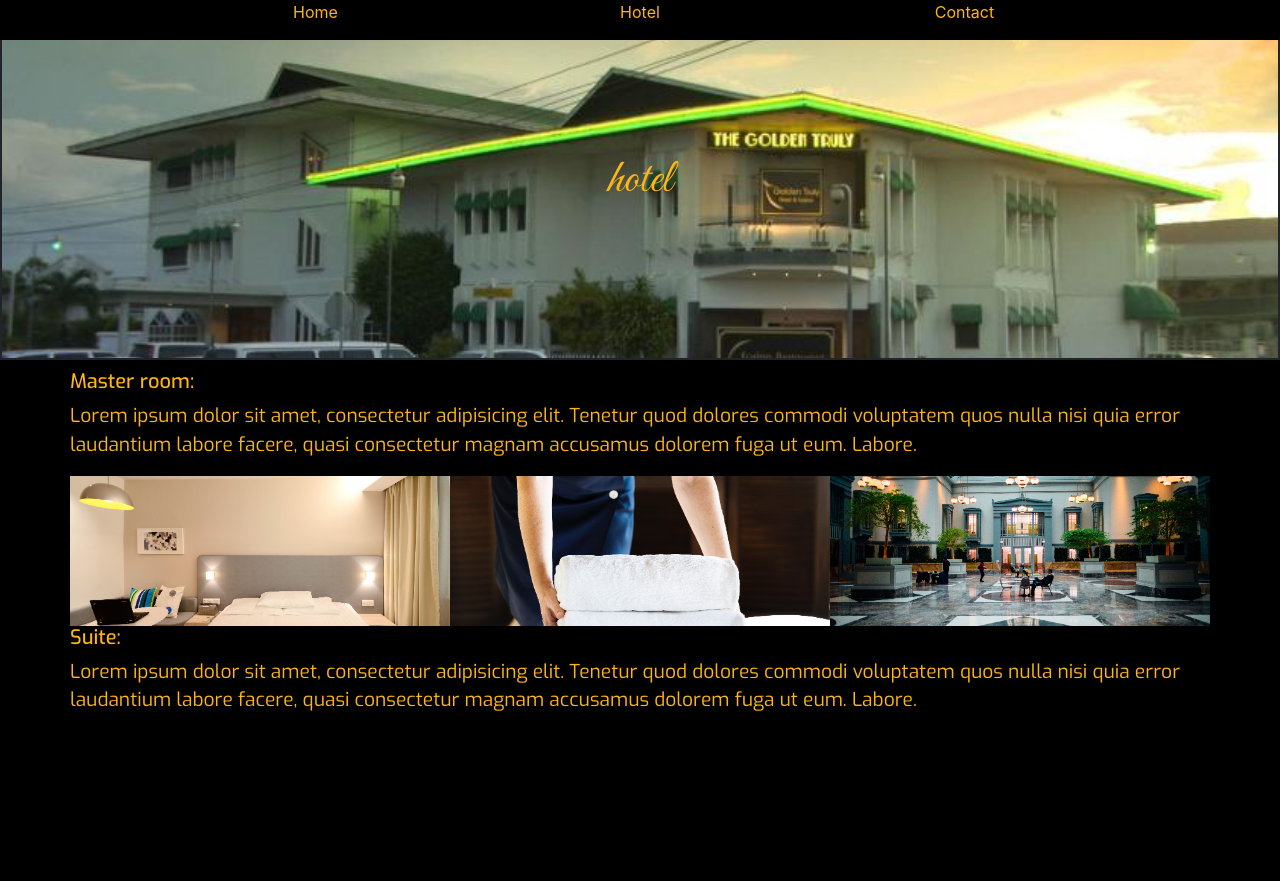
Repository: Code-Institute-Submissions/anthonycaf-Milestone1
Page: hotel.html
The author's editor kept a record of every edit. The page is drawn from the files as they stood at one moment, then again after the next edit.
The browser window is 1280 px wide. The pictures show the part of the page from y = 0 to 881 px (the page is 1482 px tall).
Pictures or frames that could not be fetched are drawn as grey boxes.

Above is the page before.

### hotel.html
<!DOCTYPE html>
<html lang="en">
<head>
    <meta charset="UTF-8">
    <meta name="viewport" content="width=device-width, initial-scale=1.0">
    <meta http-equiv="X-UA-Compatible" content="ie=edge">
    <!--             links/bootstrap/fontawsome    -->
    <link rel="stylesheet" href="https://stackpath.bootstrapcdn.com/font-awesome/4.7.0/css/font-awesome.min.css" type="text/css" />
    <link rel="stylesheet" href="https://stackpath.bootstrapcdn.com/bootstrap/4.3.1/css/bootstrap.min.css" type="text/css" />
    <!--             main/css                      -->
    <link rel="stylesheet" href="./css/style.css" type="text/css" />
    <title>Golden Truly Hotel</title>
</head>
<body>
        <header>
            <nav class="nav-bar">
                <ul class="nav-bar-menu">
                    <li class="nav-bar-item"><a href="index.html">Home</a></li>
                    <li class="nav-bar-item"><a href="hotel.html">Hotel</a></li>
                    <li class="nav-bar-item"><a href="contact.html">Contact</a></li>
                </ul>
            </nav>
             <div class="bg-image-title">
                <a href="index.html" class="img"></a>
                <h1 class="uppercase text-center" id="title">hotel</h1>
            </div>
        </header>
        <main>
       <div class="container">
           <div class="row now gutters">
               <h5 class="uppercase text-center">Master room:</h5>
               <p>Lorem ipsum dolor sit amet, consectetur adipisicing elit.
               Tenetur quod dolores commodi voluptatem quos nulla nisi quia
               error laudantium labore facere, quasi consectetur magnam accusamus
               dolorem fuga ut eum. Labore.</p>
               <div class="master-img1 col-4 bg-img-size">
                <a href="index.html"></a></div>
                <div class="master-img2 col-4 bg-img-size">
                 <a href="hotel.html"></a></div>
                 <div class="master-img3 col-4 bg-img-size">
                  <a href="hotel.html"></a></div>
           </div>
       </div>
        <div class="container">
           <div class="row now gutters">
               <h5 class="uppercase text-center">Suite:</h5>
               <p>Lorem ipsum dolor sit amet, consectetur adipisicing elit.
               Tenetur quod dolores commodi voluptatem quos nulla nisi quia
               error laudantium labore facere, quasi consectetur magnam accusamus
               dolorem fuga ut eum. Labore.</p>
               <div class="suite-img1 col-4 bg-img-size">
                <a href="index.html"></a></div>
                <div class="suite-img2 col-4 bg-img-size">
                 <a href="hotel.html"></a></div>
                 <div class="suite-img3 col-4 bg-img-size">
                  <a href="hotel.html"></a></div>
           </div>
       </div>
       <iframe src="https://www.google.com/maps/embed?pb=!1m18!1m12!1m3!1d132.6126250824891!2d-55.1378490964076!3d5.854878623899481!2m3!1f270!2f39.52737709842546!3f0!3m2!1i1024!2i768!4f35!3m3!1m2!1s0x8d083562dc0f800b%3A0x19fa7578782730f6!2sThe%20Golden%20Truly%20Hotel%20%26%20Casino!5e1!3m2!1sen!2snl!4v1567942632494!5m2!1sen!2snl"
       ></iframe>
       </main>
         <footer class="container-fluid">
    <div id="footer-details" class="row">
     <div class="col-sm-4">
      <h5 class="uppercase general-sub">Opening hours</h5>
      <p class="inline-block">
       Lorem ipsum dolor sit amet, consectetur adipisicing elit. Explicabo, fugiat.
      </p>
     </div>
     <div class="col-sm-4">
       <h5 class="uppercase general-sub"> <a href="assets/cv/sample-cv.pdf" target="_blank" class="cv-pdf">
        <i class="fa fa-map marker alt" aria-hidden="true"></i>
        <span class="sr-only">Map link.</span>
       </a>Location</h5>
       <p class="inline-block">Jozef Israelstraat 43<br>
           PO Box 13575<br>
           Paramaribo, Suriname<br>
              South America<br>
            PHONE (597) 454249<br>
              FAX (597) 457117
 </p>

     </div>
     <div class="col-sm-4">
       <h5 class="uppercase general-sub">Social</h5>
       <ul class="list-inline social-links">
           <li class="list-inline-item">
         <a href="#" target="_blank">
          <i class="fa fa-wifi" aria-hidden="true"></i>
          <span class="sr-only">wifi</span>
         </a>
        </li>
        <li class="list-inline-item">
         <a href="#" target="_blank">
          <i class="fa fa-linkedin" aria-hidden="true"></i>
          <span class="sr-only">Linkedin</span>
         </a>
        </li>

        <li class="list-inline-item">
         <a href="#" target="_blank">
          <i class="fa fa-facebook" aria-hidden="true"></i>
          <span class="sr-only">facebook</span>
         </a>
        </li>

        <li class="list-inline-item">
         <a href="#" target="_blank">
          <i class="fa fa-youtube" aria-hidden="true"></i>
          <span class="sr-only">youtube</span>
         </a>
        </li>
       </ul>
     </div>
    </div>
    </footer>


</body>
</html>

### css/style.css
 /*------------google-fonts----------*/

@import url('https://fonts.googleapis.com/css?family=Exo:100,200,300,400,500,600,700|Great+Vibes&display=swap:100,200,300,400,500,600,700');

body {
margin:0;
padding: 0;
}
 /*------------main----------*/
 main {
     font-family: "Exo",sans-serif;
     font-size: 1.2em;
     width: 100%;
     background-color:
     #000000;
     color: #fdb517;
    padding-top: 10px;

 }

 .bg-image-title {
   background: url("../images/golden-truly-hotel.jpg");
    background-clip: border-box;
    background-position: center;
    background-repeat: no-repeat;
    background-size: cover;
    transition: all .5s ease-in-out;
    -moz-transition: all .5s ease-in-out;
    -webkit-transition: all .5s ease-in-out;
     height: 360px;
     border: 2px solid;

 }
 #title {
  color: #fdb517;
     font-family: "Great Vibes",sans-serif;
     font-size: 3em;
     text-align: center;
     padding-top: 150px;
 }
 #welcome {
   color: #fdb517;
     font-family: "Great Vibes",sans-serif;
     font-size: 2.5em;}
   .section {
    margin: 0 auto;
   }

  /*-----------main nav-bar----------*/
  .nav-bar {
   position: fixed;
   top: 0;
   left: 0;
   right: 0;
   background-color: #000000;
  }
  .nav-bar-menu {
   width: 100%;
   list-style: none;
   text-align: center;
 padding: 0;

  }
  .nav-bar-item a {
   font-size: 1em;
   text-align: center;
   color: #fdb517;
    text-decoration: none;
    height: 120px;
     width: 100%;
  }
  .nav-bar-item a:hover {
   border-radius: 20px;
   background-color: #fdb517;
   color: #000000;
    transition: all 0.35s ease-in-out;
    -moz-transition: all 0.35s ease-in-out;
    -webkit-transition: all 0.35s ease-in-out;
    -o-transition: all 0.35s ease-in-out;
  }
  .nav-bar-item {
   width: 25%;
  display: inline-block;

 }

iframe {
 width: 100%;
 height: 360px;
 border: none;
 margin: 0;
}
 /*-----------main footer----------*/

 .container-fluid {
  background-color: #000000;
  color: #fdb517;

 }

 footer {
    background-color: #525252;
    color: #fafafa;
    min-height: 120px;
    margin: 0;
    padding: 0;
}

.social-links {
    padding-bottom: 15px;
}
.social-links li a i {
    width: 32px;
    height: 32px;
    padding: 12px 0;
    border-radius: 50%;
    font-size: 13px;
    line-height: 7px;
    text-align: center;
    color: #fafafa;
    background-color: #8f8f8f;
     transition: all 0.35s ease-in-out;
    -moz-transition: all 0.35s ease-in-out;
    -webkit-transition: all 0.35s ease-in-out;
    -o-transition: all 0.35s ease-in-out;
}
.social-links li a i:hover {
    background: #fdb517;
}
#footer-details {
    padding:20px;
}
/*-----------hotel.html----------*/
.bg-img-size {
  background-clip: border-box;
    background-position: center;
    background-repeat: no-repeat;
    background-size: cover;
  width: 33.3%;
  height: 150px;
}

.master-img1 {
 background-image: url(../images/master1.jpg);
}
.master-img2 {
  background-image: url(../images/housekeeping.jpg);
}
.master-img3 {
  background-image: url(../images/design-lobby-ceiling.jpg);
}
.suite-img1 {

}
.suite-img2 {

}
.suite-img3 {

}

/*   contact.html/form    */
.contact-heading, .contact-thanks {
    font-family: "Great Vibes", sans-serif;
    font-weight: 300;
    margin-top: 25px;
    margin-bottom: 20px;

}
form {

    padding-top: 10px;
    margin: 0 auto;
    max-width: 70%;
}
button[type="submit"] {
    margin-top: 15px;
    margin-bottom: 20px;
    color: #fdb517;
    background-color: #000000;

}
/*-------------------------------------Media queries*/

@media(min-width: 992px) {
   .center-form {
    padding-top: 30px;
    min-height: 240px;
    margin: 0 auto;
    max-width: 50%;
}
}

After the next edit:
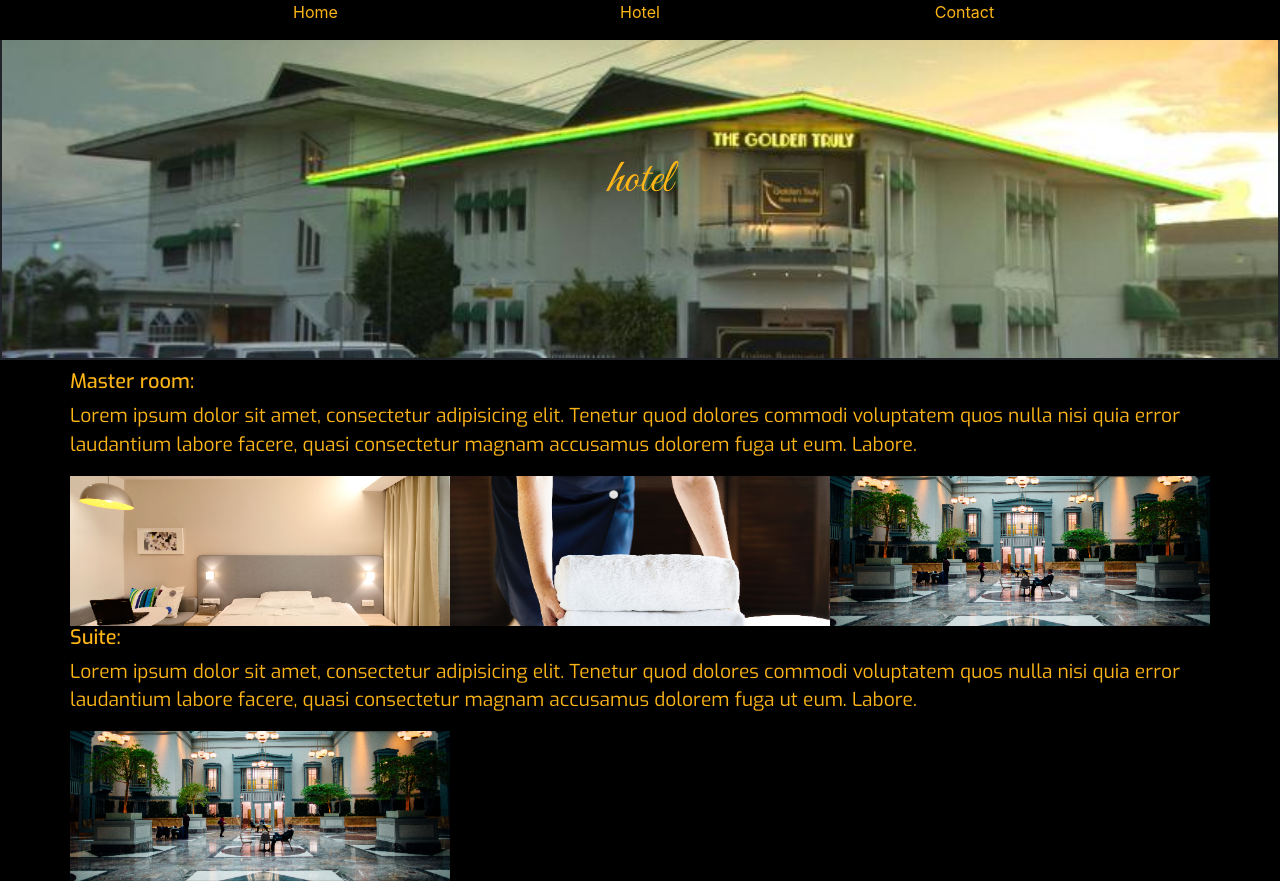
The edit:
--- a/css/style.css
+++ b/css/style.css
@@ -150,7 +150,7 @@
   background-image: url(../images/design-lobby-ceiling.jpg);
 }
 .suite-img1 {
-
+ background-image: url(../images/design-lobby-ceiling.jpg);
 }
 .suite-img2 {
 
